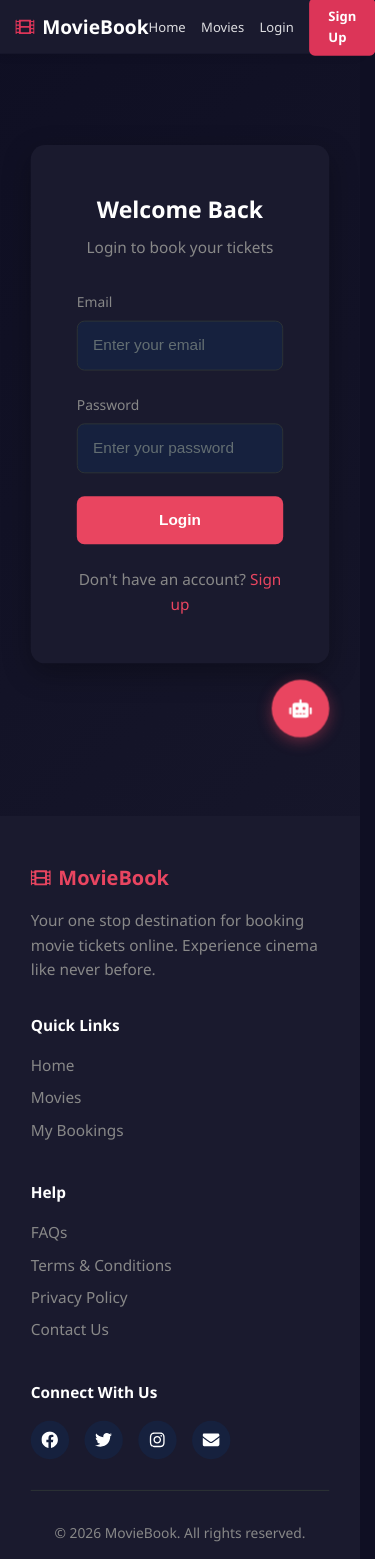
Repository: adithya11sci/movie_ticket_bookings
Page: /login (app in frontend/)
The author's editor kept a copy of each file at every save. The page is drawn from the files as they stood at one save, then again after the next save.
The browser window is 375 px wide. The page is 391 px wide, so the pictures cover 391 px, including what lies to the right of the window. The pictures show the whole page, at 96% of full size.
The project was rebuilt for these pictures with package versions that can differ from the ones it lists, and the page was loaded fresh each time. Also part of the build but not shown: frontend/vite.config.js, frontend/src/components/MovieCard.css, frontend/src/components/MovieCard.jsx, frontend/src/pages/Home.css, frontend/src/pages/Home.jsx, frontend/src/pages/Movies.css, frontend/src/pages/Movies.jsx, frontend/src/pages/Register.jsx and 17 more.

Above is the page before, as saved 2026-02-02 12:00:04.

### frontend/index.html
<!doctype html>
<html lang="en">
  <head>
    <meta charset="UTF-8" />
    <link rel="icon" href="data:[embedded picture, 141 characters]" />
    <meta name="viewport" content="width=device-width, initial-scale=1.0" />
    <title>MovieBook - Book Movie Tickets Online</title>
  </head>
  <body>
    <div id="root"></div>
    <script type="module" src="/src/main.jsx"></script>
  </body>
</html>

### frontend/src/App.jsx
import { BrowserRouter as Router, Routes, Route } from 'react-router-dom';
import { ToastContainer } from 'react-toastify';
import 'react-toastify/dist/ReactToastify.css';
import { AuthProvider } from './context/AuthContext';

// Components
import Navbar from './components/Navbar';
import Footer from './components/Footer';
import Chatbot from './components/Chatbot';

// Pages
import Home from './pages/Home';
import Movies from './pages/Movies';
import Login from './pages/Login';
import Register from './pages/Register';
import MovieDetails from './pages/MovieDetails';
import BookingPage from './pages/BookingPage';
import PaymentPage from './pages/PaymentPage';
import MyBookings from './pages/MyBookings';

// Admin Pages
import AdminDashboard from './pages/admin/AdminDashboard';
import ManageMovies from './pages/admin/ManageMovies';
import ManageTheaters from './pages/admin/ManageTheaters';
import ManageShowtimes from './pages/admin/ManageShowtimes';
import ManageBookings from './pages/admin/ManageBookings';
import ManageUsers from './pages/admin/ManageUsers';

import './App.css';

function App() {
    return (
        <AuthProvider>
            <Router>
                <div className="app">
                    <Navbar />
                    <main>
                        <Routes>
                            <Route path="/" element={<Home />} />
                            <Route path="/login" element={<Login />} />
                            <Route path="/register" element={<Register />} />
                            <Route path="/movie/:id" element={<MovieDetails />} />
                            <Route path="/movies" element={<Movies />} />
                            <Route path="/booking/:showtimeId" element={<BookingPage />} />
                            <Route path="/payment/:bookingId" element={<PaymentPage />} />
                            <Route path="/my-bookings" element={<MyBookings />} />

                            {/* Admin Routes */}
                            <Route path="/admin" element={<AdminDashboard />} />
                            <Route path="/admin/movies" element={<ManageMovies />} />
                            <Route path="/admin/theaters" element={<ManageTheaters />} />
                            <Route path="/admin/showtimes" element={<ManageShowtimes />} />
                            <Route path="/admin/bookings" element={<ManageBookings />} />
                            <Route path="/admin/users" element={<ManageUsers />} />
                        </Routes>
                    </main>
                    <Footer />
                    <Chatbot />
                    <ToastContainer
                        position="top-right"
                        autoClose={3000}
                        theme="dark"
                    />
                </div>
            </Router>
        </AuthProvider>
    );
}

export default App;

### frontend/src/context/AuthContext.jsx
import { createContext, useState, useEffect } from 'react';

export const AuthContext = createContext();

export const AuthProvider = ({ children }) => {
    const [user, setUser] = useState(null);
    const [loading, setLoading] = useState(true);

    // check if user is already logged in
    useEffect(() => {
        const storedUser = localStorage.getItem('user');
        if (storedUser) {
            setUser(JSON.parse(storedUser));
        }
        setLoading(false);
    }, []);

    // login function
    const login = (userData) => {
        setUser(userData);
        localStorage.setItem('user', JSON.stringify(userData));
    };

    // logout function
    const logout = () => {
        setUser(null);
        localStorage.removeItem('user');
    };

    return (
        <AuthContext.Provider value={{ user, login, logout, loading }}>
            {children}
        </AuthContext.Provider>
    );
};

### frontend/src/components/Navbar.jsx
import { Link, useNavigate } from 'react-router-dom';
import { useContext } from 'react';
import { AuthContext } from '../context/AuthContext';
import { FaFilm, FaUser, FaSignOutAlt } from 'react-icons/fa';
import './Navbar.css';

const Navbar = () => {
    const { user, logout } = useContext(AuthContext);
    const navigate = useNavigate();

    const handleLogout = () => {
        logout();
        navigate('/');
    };

    return (
        <nav className="navbar">
            <div className="nav-container">
                <Link to="/" className="nav-logo">
                    <FaFilm /> MovieBook
                </Link>

                <div className="nav-links">
                    <Link to="/" className="nav-link">Home</Link>
                    <Link to="/movies" className="nav-link">Movies</Link>

                    {user ? (
                        <>
                            <Link to="/my-bookings" className="nav-link">My Bookings</Link>
                            {user.role === 'admin' && (
                                <Link to="/admin" className="nav-link">Admin</Link>
                            )}
                            <div className="user-menu">
                                <span className="user-name">
                                    <FaUser /> {user.name}
                                </span>
                                <button onClick={handleLogout} className="logout-btn">
                                    <FaSignOutAlt /> Logout
                                </button>
                            </div>
                        </>
                    ) : (
                        <>
                            <Link to="/login" className="nav-link">Login</Link>
                            <Link to="/register" className="nav-link btn-register">Sign Up</Link>
                        </>
                    )}
                </div>
            </div>
        </nav>
    );
};

export default Navbar;

### frontend/src/components/Footer.jsx
import { Link } from 'react-router-dom';
import { FaFilm, FaFacebook, FaTwitter, FaInstagram, FaEnvelope } from 'react-icons/fa';
import './Footer.css';

const Footer = () => {
    return (
        <footer className="footer">
            <div className="footer-container">
                <div className="footer-section">
                    <h3><FaFilm /> MovieBook</h3>
                    <p>Your one stop destination for booking movie tickets online. Experience cinema like never before.</p>
                </div>

                <div className="footer-section">
                    <h4>Quick Links</h4>
                    <ul>
                        <li><Link to="/">Home</Link></li>
                        <li><Link to="/movies">Movies</Link></li>
                        <li><Link to="/my-bookings">My Bookings</Link></li>
                    </ul>
                </div>

                <div className="footer-section">
                    <h4>Help</h4>
                    <ul>
                        <li><a href="#">FAQs</a></li>
                        <li><a href="#">Terms & Conditions</a></li>
                        <li><a href="#">Privacy Policy</a></li>
                        <li><a href="#">Contact Us</a></li>
                    </ul>
                </div>

                <div className="footer-section">
                    <h4>Connect With Us</h4>
                    <div className="social-links">
                        <a href="#"><FaFacebook /></a>
                        <a href="#"><FaTwitter /></a>
                        <a href="#"><FaInstagram /></a>
                        <a href="#"><FaEnvelope /></a>
                    </div>
                </div>
            </div>

            <div className="footer-bottom">
                <p>&copy; 2026 MovieBook. All rights reserved.</p>
            </div>
        </footer>
    );
};

export default Footer;

### frontend/src/pages/Login.jsx
import { useState, useContext } from 'react';
import { Link, useNavigate } from 'react-router-dom';
import { AuthContext } from '../context/AuthContext';
import API from '../api/axios';
import { toast } from 'react-toastify';
import './Auth.css';

const Login = () => {
    const [email, setEmail] = useState('');
    const [password, setPassword] = useState('');
    const [loading, setLoading] = useState(false);

    const { login } = useContext(AuthContext);
    const navigate = useNavigate();

    const handleSubmit = async (e) => {
        e.preventDefault();

        if (!email || !password) {
            toast.error('Please fill all fields');
            return;
        }

        setLoading(true);
        try {
            const res = await API.post('/auth/login', { email, password });
            login(res.data);
            toast.success('Login successful!');
            navigate('/');
        } catch (error) {
            toast.error(error.response?.data?.message || 'Login failed');
        } finally {
            setLoading(false);
        }
    };

    return (
        <div className="auth-page">
            <div className="auth-container">
                <h2>Welcome Back</h2>
                <p className="auth-subtitle">Login to book your tickets</p>

                <form onSubmit={handleSubmit}>
                    <div className="form-group">
                        <label>Email</label>
                        <input
                            type="email"
                            value={email}
                            onChange={(e) => setEmail(e.target.value)}
                            placeholder="Enter your email"
                        />
                    </div>

                    <div className="form-group">
                        <label>Password</label>
                        <input
                            type="password"
                            value={password}
                            onChange={(e) => setPassword(e.target.value)}
                            placeholder="Enter your password"
                        />
                    </div>

                    <button type="submit" className="auth-btn" disabled={loading}>
                        {loading ? 'Logging in...' : 'Login'}
                    </button>
                </form>

                <p className="auth-link">
                    Don't have an account? <Link to="/register">Sign up</Link>
                </p>
            </div>
        </div>
    );
};

export default Login;

### frontend/src/App.css
/* Global App Styles */
* {
    margin: 0;
    padding: 0;
    box-sizing: border-box;
}

body {
    font-family: 'Segoe UI', Tahoma, Geneva, Verdana, sans-serif;
    background: #0f0f23;
    color: #fff;
}

.app {
    min-height: 100vh;
    background: linear-gradient(135deg, #0f0f23 0%, #1a1a2e 100%);
}

main {
    min-height: calc(100vh - 70px);
}

a {
    text-decoration: none;
}

/* loading and error pages */
.loading-page, .error-page {
    display: flex;
    align-items: center;
    justify-content: center;
    height: 50vh;
    color: #888;
    font-size: 1.2rem;
}

/* scrollbar styles */
::-webkit-scrollbar {
    width: 8px;
}

::-webkit-scrollbar-track {
    background: #1a1a2e;
}

::-webkit-scrollbar-thumb {
    background: #e94560;
    border-radius: 5px;
}
}

### frontend/src/components/Navbar.css
/* Navbar.css - Professional Clean Design */

.navbar {
    background: var(--bg-dark);
    padding: 0 2rem;
    position: sticky;
    top: 0;
    z-index: 1000;
    box-shadow: 0 2px 10px rgba(0, 0, 0, 0.1);
}

.nav-container {
    max-width: 1400px;
    margin: 0 auto;
    display: flex;
    justify-content: space-between;
    align-items: center;
    height: 64px;
}

.nav-logo {
    color: var(--text-light);
    font-size: 1.5rem;
    font-weight: 700;
    text-decoration: none;
    display: flex;
    align-items: center;
    gap: 0.5rem;
    transition: opacity 0.3s ease;
}

.nav-logo:hover {
    opacity: 0.9;
}

.nav-logo svg {
    color: var(--primary);
}

.nav-links {
    display: flex;
    align-items: center;
    gap: 1.5rem;
}

.nav-link {
    color: rgba(255, 255, 255, 0.85);
    text-decoration: none;
    font-size: 0.95rem;
    font-weight: 500;
    transition: all 0.2s ease;
    padding: 0.5rem 0;
}

.nav-link:hover {
    color: var(--text-light);
}

.btn-register {
    background: var(--primary);
    padding: 0.5rem 1.25rem;
    border-radius: 6px;
    color: var(--text-light) !important;
    font-weight: 600;
    transition: all 0.2s ease;
}

.btn-register:hover {
    background: var(--primary-dark);
}

.user-menu {
    display: flex;
    align-items: center;
    gap: 1rem;
}

.user-name {
    display: flex;
    align-items: center;
    gap: 0.5rem;
    color: rgba(255, 255, 255, 0.85);
    font-size: 0.95rem;
    font-weight: 500;
}

.user-name svg {
    color: var(--primary);
}

.logout-btn {
    background: transparent;
    border: 1px solid rgba(255, 255, 255, 0.3);
    color: rgba(255, 255, 255, 0.85);
    padding: 0.4rem 1rem;
    border-radius: 6px;
    cursor: pointer;
    display: flex;
    align-items: center;
    gap: 0.4rem;
    font-size: 0.9rem;
    transition: all 0.2s ease;
}

.logout-btn:hover {
    background: rgba(255, 255, 255, 0.1);
    border-color: rgba(255, 255, 255, 0.5);
    color: var(--text-light);
}

/* Responsive */
@media (max-width: 768px) {
    .navbar {
        padding: 0 1rem;
    }

    .nav-container {
        height: 56px;
    }

    .nav-logo {
        font-size: 1.25rem;
    }

    .nav-links {
        gap: 1rem;
    }

    .nav-link {
        font-size: 0.85rem;
    }

    .user-name span {
        display: none;
    }
}

### frontend/src/components/Footer.css
.footer {
    background: #1a1a2e;
    padding: 3rem 2rem 1rem;
    margin-top: 4rem;
}

.footer-container {
    max-width: 1200px;
    margin: 0 auto;
    display: grid;
    grid-template-columns: repeat(auto-fit, minmax(200px, 1fr));
    gap: 2rem;
}

.footer-section h3 {
    color: #e94560;
    font-size: 1.3rem;
    margin-bottom: 1rem;
    display: flex;
    align-items: center;
    gap: 0.5rem;
}

.footer-section h4 {
    color: #fff;
    margin-bottom: 1rem;
}

.footer-section p {
    color: #888;
    line-height: 1.6;
}

.footer-section ul {
    list-style: none;
}

.footer-section ul li {
    margin-bottom: 0.5rem;
}

.footer-section ul li a {
    color: #888;
    text-decoration: none;
    transition: color 0.3s;
}

.footer-section ul li a:hover {
    color: #e94560;
}

.social-links {
    display: flex;
    gap: 1rem;
}

.social-links a {
    width: 40px;
    height: 40px;
    background: #16213e;
    color: #fff;
    border-radius: 50%;
    display: flex;
    align-items: center;
    justify-content: center;
    font-size: 1.1rem;
    transition: all 0.3s;
}

.social-links a:hover {
    background: #e94560;
    transform: translateY(-3px);
}

.footer-bottom {
    text-align: center;
    padding-top: 2rem;
    margin-top: 2rem;
    border-top: 1px solid #2d3436;
}

.footer-bottom p {
    color: #888;
    font-size: 0.9rem;
}

### frontend/src/components/Chatbot.css
.chatbot-container {
    position: fixed;
    bottom: 2rem;
    right: 2rem;
    z-index: 999;
}

.chat-toggle {
    width: 60px;
    height: 60px;
    border-radius: 50%;
    background: #e94560;
    color: #fff;
    border: none;
    font-size: 1.5rem;
    cursor: pointer;
    display: flex;
    align-items: center;
    justify-content: center;
    box-shadow: 0 4px 15px rgba(233, 69, 96, 0.4);
    transition: all 0.3s;
}

.chat-toggle:hover {
    transform: scale(1.1);
}

.chat-toggle.active {
    background: #2d3436;
}

.chat-window {
    position: absolute;
    bottom: 80px;
    right: 0;
    width: 350px;
    height: 450px;
    background: #1a1a2e;
    border-radius: 15px;
    box-shadow: 0 10px 30px rgba(0, 0, 0, 0.5);
    display: flex;
    flex-direction: column;
    overflow: hidden;
}

.chat-header {
    background: linear-gradient(135deg, #e94560, #16213e);
    padding: 1rem;
    display: flex;
    align-items: center;
    gap: 0.5rem;
    color: #fff;
    font-weight: bold;
}

.chat-messages {
    flex: 1;
    padding: 1rem;
    overflow-y: auto;
    display: flex;
    flex-direction: column;
    gap: 0.8rem;
}

.message {
    max-width: 80%;
    padding: 0.8rem 1rem;
    border-radius: 15px;
    line-height: 1.4;
    white-space: pre-line;
}

.message.bot {
    background: #16213e;
    color: #fff;
    align-self: flex-start;
    border-bottom-left-radius: 5px;
}

.message.user {
    background: #e94560;
    color: #fff;
    align-self: flex-end;
    border-bottom-right-radius: 5px;
}

.chat-input {
    padding: 1rem;
    background: #16213e;
    display: flex;
    gap: 0.5rem;
}

.chat-input input {
    flex: 1;
    padding: 0.8rem 1rem;
    border: none;
    border-radius: 25px;
    background: #1a1a2e;
    color: #fff;
    font-size: 0.9rem;
}

.chat-input input:focus {
    outline: none;
}

.chat-input input::placeholder {
    color: #636e72;
}

.chat-input button {
    width: 40px;
    height: 40px;
    border-radius: 50%;
    background: #e94560;
    color: #fff;
    border: none;
    cursor: pointer;
    display: flex;
    align-items: center;
    justify-content: center;
    transition: background 0.3s;
}

.chat-input button:hover {
    background: #ff6b6b;
}

/* scrollbar styles */
.chat-messages::-webkit-scrollbar {
    width: 5px;
}

.chat-messages::-webkit-scrollbar-track {
    background: #16213e;
}

.chat-messages::-webkit-scrollbar-thumb {
    background: #e94560;
    border-radius: 5px;
}

/* responsive */
@media (max-width: 480px) {
    .chat-window {
        width: calc(100vw - 2rem);
        right: -1rem;
    }
}

### frontend/src/pages/Auth.css
.auth-page {
    min-height: calc(100vh - 70px);
    display: flex;
    align-items: center;
    justify-content: center;
    padding: 2rem;
}

.auth-container {
    background: #1a1a2e;
    padding: 3rem;
    border-radius: 15px;
    width: 100%;
    max-width: 400px;
    box-shadow: 0 10px 30px rgba(0, 0, 0, 0.3);
}

.auth-container h2 {
    color: #fff;
    text-align: center;
    margin-bottom: 0.5rem;
}

.auth-subtitle {
    color: #888;
    text-align: center;
    margin-bottom: 2rem;
}

.form-group {
    margin-bottom: 1.5rem;
}

.form-group label {
    display: block;
    color: #888;
    margin-bottom: 0.5rem;
    font-size: 0.9rem;
}

.form-group input {
    width: 100%;
    padding: 0.8rem 1rem;
    border: 1px solid #2d3436;
    border-radius: 8px;
    background: #16213e;
    color: #fff;
    font-size: 1rem;
    transition: border-color 0.3s;
}

.form-group input:focus {
    outline: none;
    border-color: #e94560;
}

.form-group input::placeholder {
    color: #636e72;
}

.auth-btn {
    width: 100%;
    padding: 1rem;
    background: #e94560;
    color: #fff;
    border: none;
    border-radius: 8px;
    font-size: 1rem;
    font-weight: bold;
    cursor: pointer;
    transition: background 0.3s;
}

.auth-btn:hover:not(:disabled) {
    background: #ff6b6b;
}

.auth-btn:disabled {
    opacity: 0.7;
    cursor: not-allowed;
}

.auth-link {
    text-align: center;
    margin-top: 1.5rem;
    color: #888;
}

.auth-link a {
    color: #e94560;
    text-decoration: none;
}

.auth-link a:hover {
    text-decoration: underline;
}

### frontend/src/pages/PaymentPage.css
.payment-page {
    min-height: 100vh;
    padding: 2rem;
}

.payment-container {
    max-width: 1000px;
    margin: 0 auto;
    display: grid;
    grid-template-columns: 1fr 350px;
    gap: 2rem;
}

.payment-left {
    background: #1a1a2e;
    padding: 2rem;
    border-radius: 15px;
}

.payment-left h2 {
    color: #fff;
    margin-bottom: 2rem;
    display: flex;
    align-items: center;
    gap: 0.5rem;
}

.form-row {
    display: grid;
    grid-template-columns: 1fr 1fr;
    gap: 1rem;
}

.form-group {
    margin-bottom: 1.5rem;
}

.form-group label {
    display: block;
    color: #888;
    margin-bottom: 0.5rem;
}

.form-group input {
    width: 100%;
    padding: 1rem;
    border: 1px solid #2d3436;
    border-radius: 8px;
    background: #16213e;
    color: #fff;
    font-size: 1rem;
}

.form-group input:focus {
    outline: none;
    border-color: #e94560;
}

.pay-btn {
    width: 100%;
    padding: 1rem;
    background: #00b894;
    color: #fff;
    border: none;
    border-radius: 8px;
    font-size: 1.1rem;
    font-weight: bold;
    cursor: pointer;
    transition: background 0.3s;
}

.pay-btn:hover:not(:disabled) {
    background: #00a381;
}

.pay-btn:disabled {
    opacity: 0.7;
    cursor: not-allowed;
}

.secure-text {
    text-align: center;
    color: #888;
    margin-top: 1rem;
    font-size: 0.9rem;
    display: flex;
    align-items: center;
    justify-content: center;
    gap: 0.5rem;
}

/* right side - summary */
.payment-right {
    background: #1a1a2e;
    padding: 1.5rem;
    border-radius: 15px;
    height: fit-content;
}

.payment-right h3 {
    color: #fff;
    margin-bottom: 1.5rem;
}

.summary-card {
    display: flex;
    gap: 1rem;
    margin-bottom: 1.5rem;
    padding-bottom: 1.5rem;
    border-bottom: 1px solid #2d3436;
}

.summary-card img {
    width: 80px;
    border-radius: 8px;
}

.summary-info h4 {
    color: #fff;
    margin-bottom: 0.3rem;
}

.summary-info p {
    color: #888;
    font-size: 0.85rem;
    margin-bottom: 0.2rem;
}

.seats-info {
    color: #e94560 !important;
    font-weight: bold;
    margin-top: 0.5rem !important;
}

.price-breakdown {
    padding-top: 0.5rem;
}

.price-row {
    display: flex;
    justify-content: space-between;
    color: #888;
    margin-bottom: 0.8rem;
}

.price-row.total {
    color: #fff;
    font-weight: bold;
    font-size: 1.1rem;
    padding-top: 0.8rem;
    border-top: 1px solid #2d3436;
}

/* responsive */
@media (max-width: 768px) {
    .payment-container {
        grid-template-columns: 1fr;
    }

    .payment-right {
        order: -1;
    }
}

Loaded but not shown: frontend/src/main.jsx (common file); frontend/src/api/axios.js (21 lines, source omitted); frontend/src/components/Chatbot.jsx (146 lines, source omitted); frontend/src/index.css (170 lines, source omitted)

After the next save:
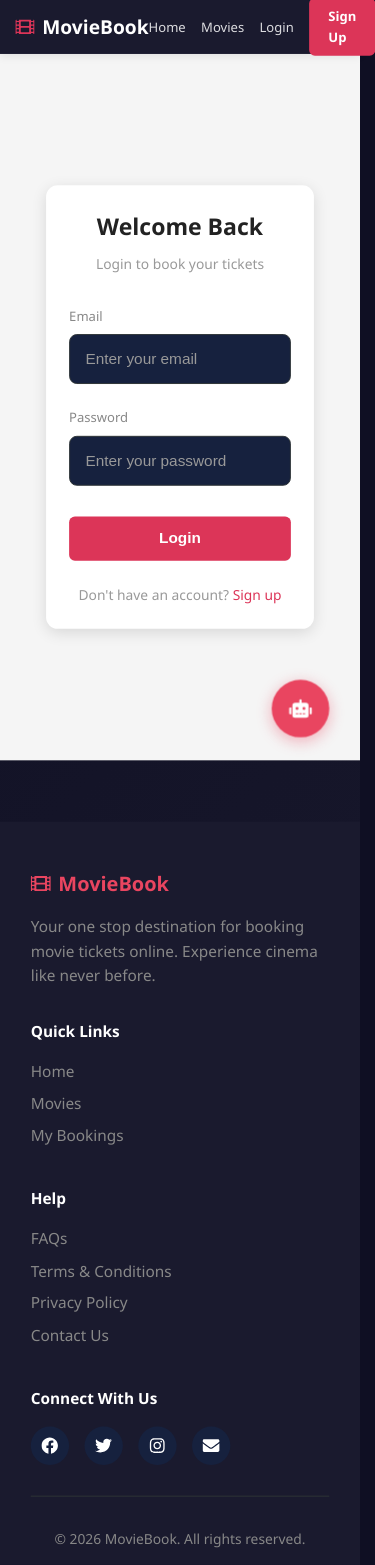
Saved 41 s later.
--- a/frontend/src/pages/Auth.css
+++ b/frontend/src/pages/Auth.css
@@ -1,96 +1,114 @@
+/* Auth.css - Professional Clean Design */
+
 .auth-page {
-    min-height: calc(100vh - 70px);
+    min-height: calc(100vh - 64px);
     display: flex;
     align-items: center;
     justify-content: center;
     padding: 2rem;
+    background: var(--bg-light);
 }
 
 .auth-container {
-    background: #1a1a2e;
-    padding: 3rem;
-    border-radius: 15px;
+    background: var(--bg-white);
+    padding: 2.5rem;
+    border-radius: 12px;
     width: 100%;
     max-width: 400px;
-    box-shadow: 0 10px 30px rgba(0, 0, 0, 0.3);
+    box-shadow: var(--shadow-md);
 }
 
 .auth-container h2 {
-    color: #fff;
+    color: var(--text-dark);
     text-align: center;
     margin-bottom: 0.5rem;
+    font-size: 1.5rem;
 }
 
 .auth-subtitle {
-    color: #888;
+    color: var(--text-muted);
     text-align: center;
     margin-bottom: 2rem;
+    font-size: 0.9rem;
 }
 
 .form-group {
-    margin-bottom: 1.5rem;
+    margin-bottom: 1.25rem;
 }
 
 .form-group label {
     display: block;
-    color: #888;
-    margin-bottom: 0.5rem;
-    font-size: 0.9rem;
+    color: var(--text-secondary);
+    margin-bottom: 0.4rem;
+    font-size: 0.85rem;
+    font-weight: 500;
 }
 
 .form-group input {
     width: 100%;
-    padding: 0.8rem 1rem;
-    border: 1px solid #2d3436;
-    border-radius: 8px;
-    background: #16213e;
-    color: #fff;
+    padding: 0.75rem 1rem;
+    border: 1px solid var(--border-light);
+    border-radius: 6px;
+    background: var(--bg-white);
+    color: var(--text-dark);
     font-size: 1rem;
-    transition: border-color 0.3s;
+    transition: border-color 0.2s ease;
 }
 
 .form-group input:focus {
     outline: none;
-    border-color: #e94560;
+    border-color: var(--primary);
+    box-shadow: 0 0 0 3px rgba(220, 53, 88, 0.1);
 }
 
 .form-group input::placeholder {
-    color: #636e72;
+    color: var(--text-muted);
 }
 
 .auth-btn {
     width: 100%;
-    padding: 1rem;
-    background: #e94560;
-    color: #fff;
+    padding: 0.9rem;
+    background: var(--primary);
+    color: var(--text-light);
     border: none;
-    border-radius: 8px;
+    border-radius: 6px;
     font-size: 1rem;
-    font-weight: bold;
+    font-weight: 600;
     cursor: pointer;
-    transition: background 0.3s;
+    transition: background 0.2s ease;
+    margin-top: 0.5rem;
 }
 
 .auth-btn:hover:not(:disabled) {
-    background: #ff6b6b;
+    background: var(--primary-dark);
 }
 
 .auth-btn:disabled {
-    opacity: 0.7;
+    opacity: 0.6;
     cursor: not-allowed;
 }
 
 .auth-link {
     text-align: center;
     margin-top: 1.5rem;
-    color: #888;
+    color: var(--text-muted);
+    font-size: 0.9rem;
 }
 
 .auth-link a {
-    color: #e94560;
+    color: var(--primary);
     text-decoration: none;
+    font-weight: 500;
 }
 
 .auth-link a:hover {
     text-decoration: underline;
 }
+
+/* Responsive */
+@media (max-width: 480px) {
+    .auth-container {
+        padding: 1.5rem;
+        margin: 0 1rem;
+    }
+}
